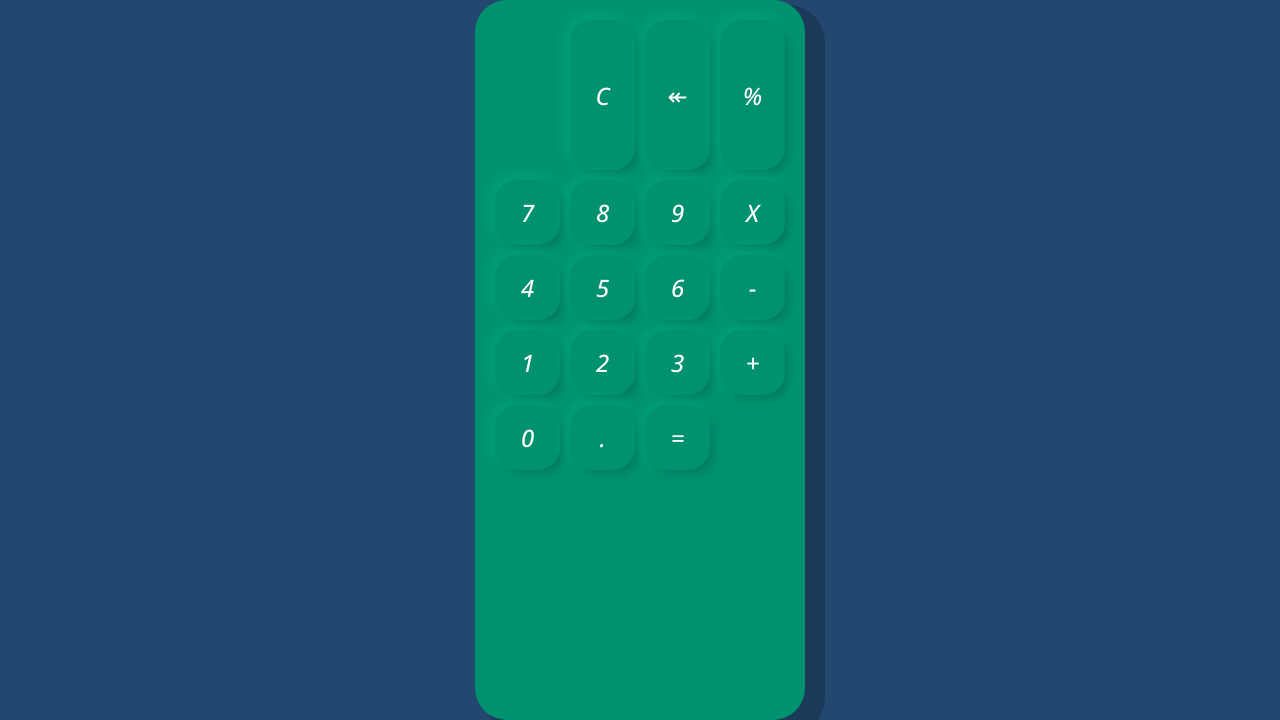
Repository: jhonenmanuel1/javaScript-calculator
Page: src/index.html
An editor plug-in stored every save of this project. The page is shown before and after the next save, followed by the edit.
The browser window is 1280 px wide. The pictures show the whole page.
The first visible `button` is being pressed.

Above is the page before, as saved 2022-08-02 23:28:44.

After the next save:
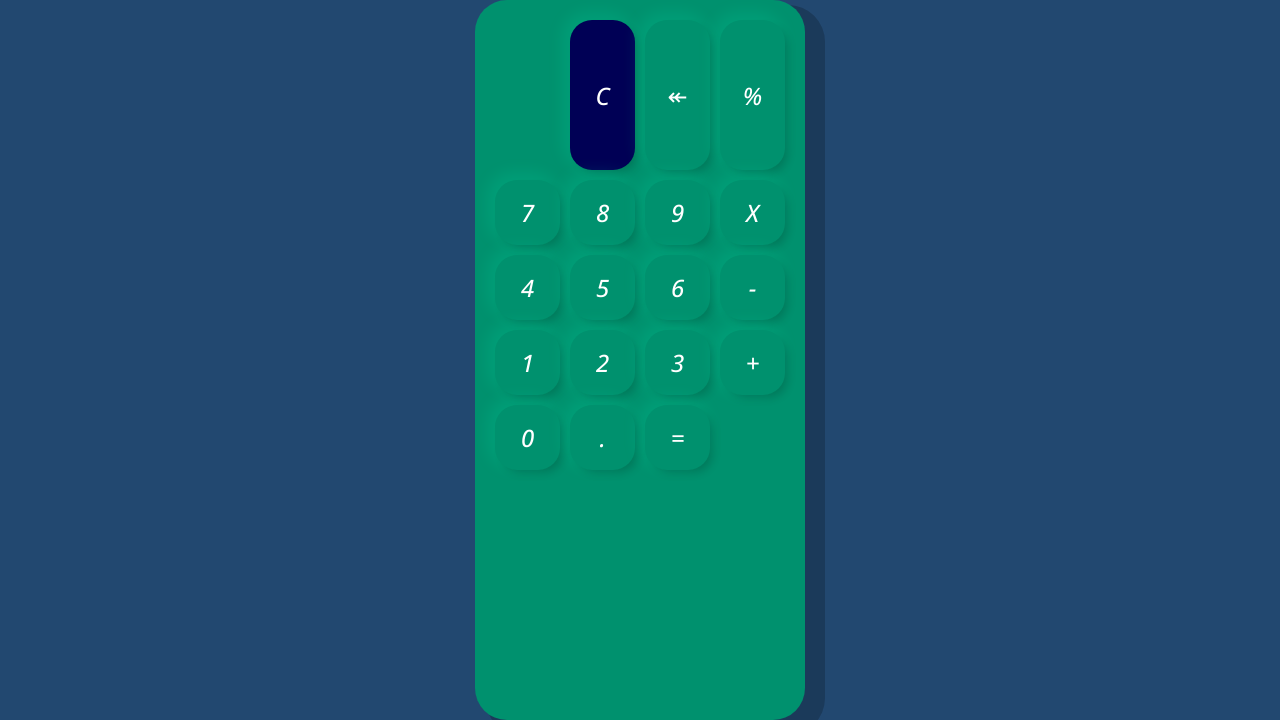
Saved 83 s later.
--- a/src/styles.css
+++ b/src/styles.css
@@ -31,4 +31,8 @@ button{
     background-color: #00916e ;
     border: none;
     box-shadow: 5px 5px 10px -3px  #00000033, -5px -5px 15px 3px #00ffc11f ;
+
 }
+button:active{
+    background-color: #005;
+}
